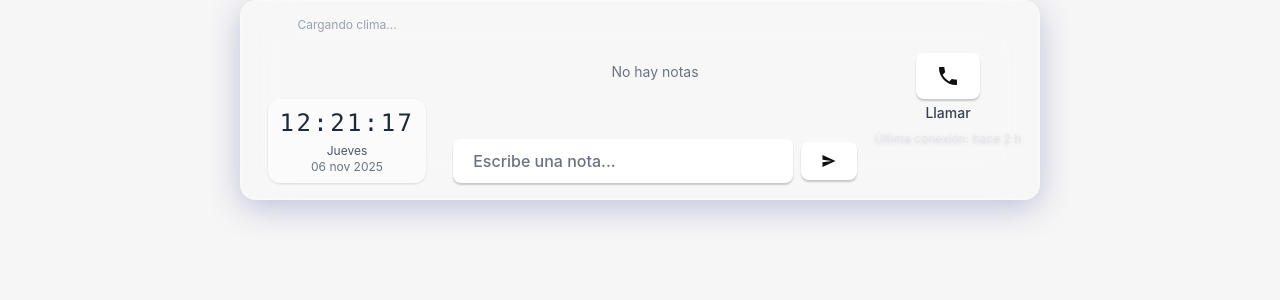
Repository: CodeByEvans/my-romantic-widget
Page: /
An editor plug-in stored every save of this project. The page is shown before and after a run of saves, followed by the edit.
The browser window is 1280 px wide. The pictures show the whole page.
The page's requests for data from a server got no answer. The project was rebuilt for these pictures with package versions that can differ from the ones it lists, and the page was loaded fresh each time. No one was signed in, and anything a server would have sent is missing. Also part of the build but not shown: vite.config.ts.

Above is the page before, as saved 2025-11-06 12:56:56.

After the next 2 saves:
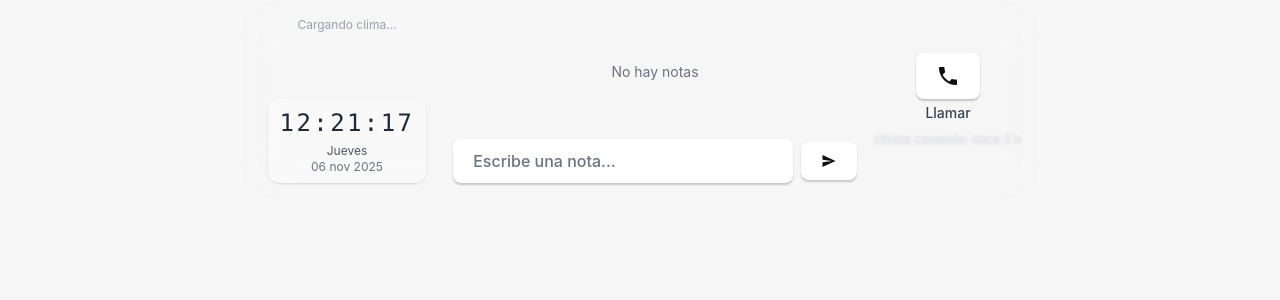
The 2 saves are shown as one change because they came seconds apart.
The last was saved 17 s later.
--- a/src/App.tsx
+++ b/src/App.tsx
@@ -9,8 +9,8 @@ function App() {
   return (
     <main
       className="w-[800px] h-[200px] mx-auto flex items-center justify-between gap-4
-                     bg-white/20 backdrop-blur-xl backdrop-saturate-150
-                     border border-white/30 rounded-2xl shadow-[0_8px_32px_0_rgba(31,38,135,0.25)] p-4
+                      backdrop-blur-xl backdrop-saturate-150
+                     border border-white/30 rounded-2xl  p-4
                      text-gray-800"
     >
       {/* Clima + Reloj */}
